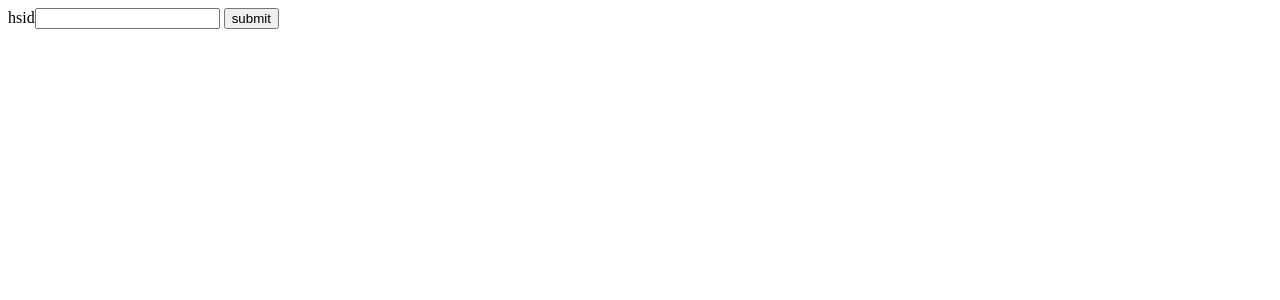
Repository: shankar841/shankar
Page: jecm4/src/main/webapp/WEB-INF/hs1.html
The author's editor kept a copy of each file at every save. The page is drawn from the files as they stood at one save, then again after the next save.
The browser window is 1280 px wide. The pictures show the whole page.

Above is the page before, as saved 2023-02-07 06:52:31.

### jecm4/src/main/webapp/WEB-INF/hs1.html
<!DOCTYPE html>
<html>
<head>
<meta charset="ISO-8859-1">
<title>Insert title here</title>
</head>
<body>
<form action="bd"   method ="post" >
hsid<input type="text" name="hsemid">


<button>submit</button>
</form>

</body>
</html>

After the next save:
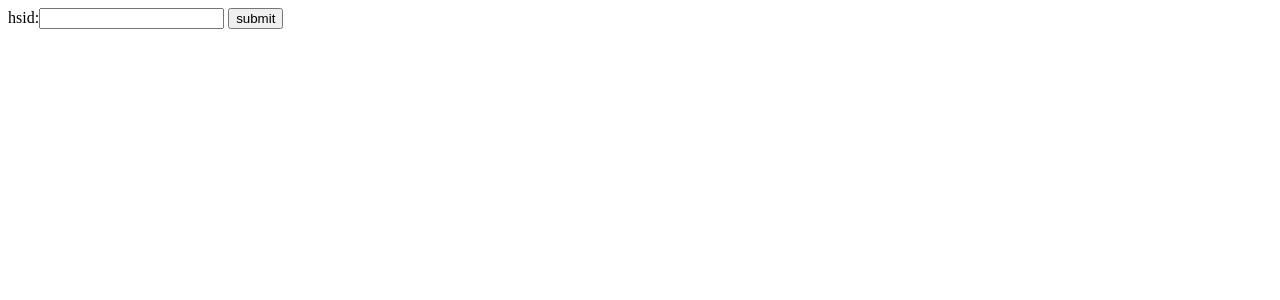
Saved 16 min 56 s later.
--- a/jecm4/src/main/webapp/WEB-INF/hs1.html
+++ b/jecm4/src/main/webapp/WEB-INF/hs1.html
@@ -5,10 +5,8 @@
 <title>Insert title here</title>
 </head>
 <body>
-<form action="bd"   method ="post" >
-hsid<input type="text" name="hsemid">
-
-
+<form action="bd" method ="post" >
+hsid:<input type="text" name="hsemid">
 <button>submit</button>
 </form>
 
